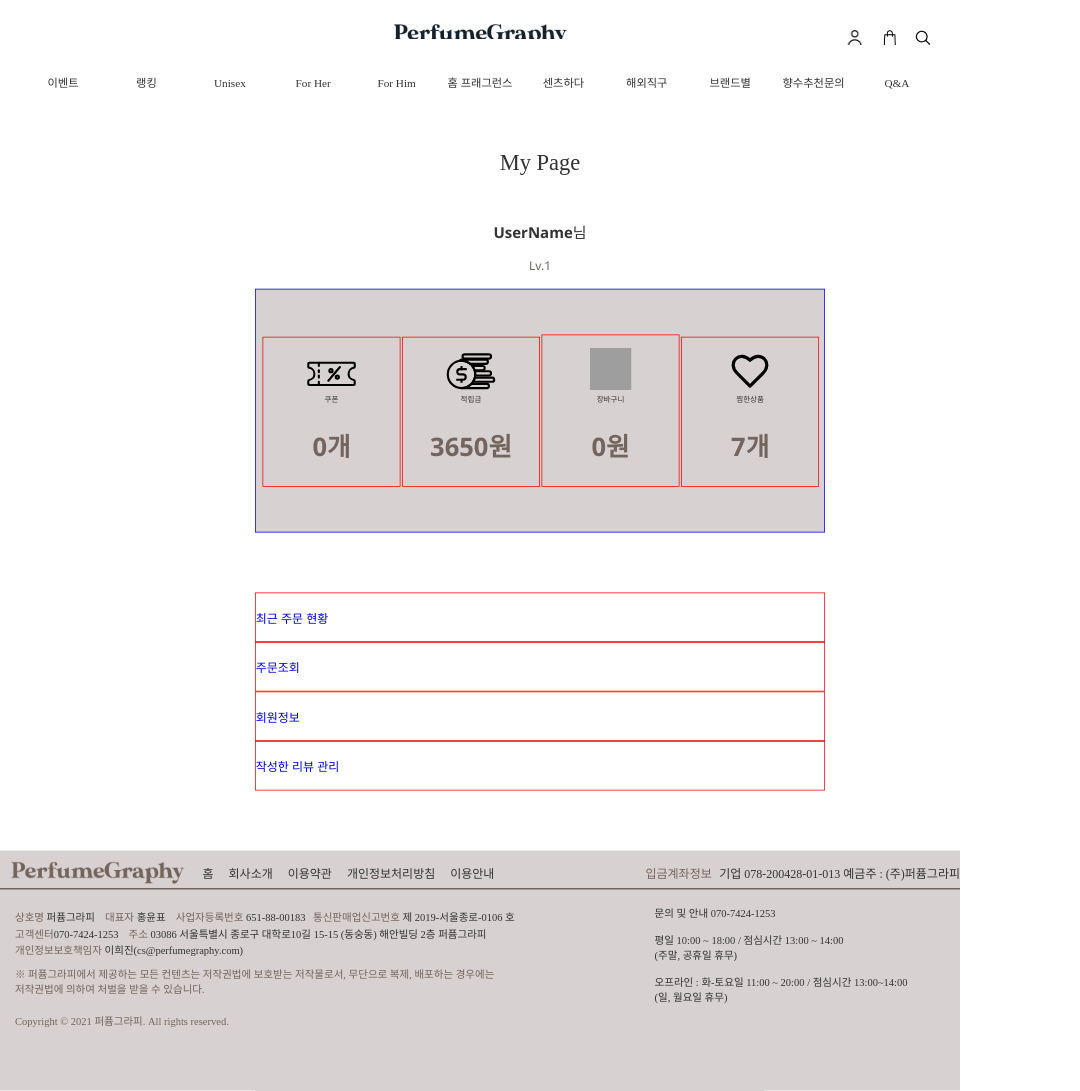
Repository: mingdue03/perfumegraphy
Page: myPage.html
The author's editor kept a copy of each file at every save. The page is drawn from the files as they stood at one save, then again after the next save.
The browser window is 1280 px wide. The page is 1440 px wide, so the pictures cover 1440 px, including what lies to the right of the window. The pictures show the whole page, at 75% of full size.
Pictures or frames that could not be fetched are drawn as grey boxes.

Above is the page before, as saved 2021-08-27 15:05:10.

### myPage.html
<!DOCTYPE html>
<html lang="ko">
<head>
    <meta charset="UTF-8">
    <meta http-equiv="X-UA-Compatible" content="IE=edge">
    <meta name="viewport" content="width=device-width, initial-scale=1.0">
    <title>PerfumeGraphy</title>
    <link rel="stylesheet" href="css/basic.css">
    <link rel="stylesheet" href="css/mypage.css">
    <link href="https://fonts.googleapis.com/css2?family=Noto+Serif+KR&display=swap" rel="stylesheet">
    <script src="js/jquery-1.12.4.min.js"></script>
    <script src="js/jquery.slides.min.js"></script>
    <script src="js/jquery.stellar.js"></script>
    <script src="js/main_1.js"></script>
</head>
<body>
<div id="body_wrap">
    <header>
    <div id="header_wrap">
        <div class="header_top">
            <div class="logo">
                <h1><a href="index.html">PerfumeGraphy</a></h1>
            </div>
            <ul class="top_menu">
                <li class="user"><a href="login.html">마이페이지</a></li>
                <li class="cart"><a href="mypage.html">장바구니</a></li>
                <li class="search"><a href="#">검색</a></li>
                <li class="ham_btn"><a href="#">button</a></li>
            </ul>
        </div>
        <div class="search_pop">
            <div class="search_bg">
                <span></span>
                <ul>
                    <li><a href="#">#금주의 향수</a></li>
                    <li><a href="#">#럭셔리집들이선물</a></li>
                    <li><a href="#">#비누향수</a></li>
                </ul>
            </div>
        </div>
        <div class="header_b" >
            <ul class="gnb">
                <li>
                    <a href="#">이벤트</a>
                </li>
                <li class="hasSub">
                    <a href="lank.html">랭킹</a>
                    <ul class="sub_menu">
                        <li><a href="lank.html">전체 랭킹 </a></li>
                        <li><a href="lank.html">Unisex 랭킹</a></li>
                        <li><a href="lank.html">For her 랭킹</a></li>
                        <li><a href="lank.html">For him 랭킹</a></li>
                    </ul>
                </li>
                <li class="hasSub">
                    <a href="#">Unisex</a>
                    <ul class="sub_menu">
                        <li><a href="#">ALL</a></li>
                        <li><a href="#"> 시트러스 | 그린</a></li>
                        <li><a href="#">우디 | 베티버</a></li>
                        <li><a href="#">샌달우드 | 머스크</a></li>
                        <li><a href="#">스파이시 | 통카빈</a></li>
                    </ul>
                </li>
                <li class="hasSub">
                    <a href="#">For Her</a>
                    <ul class="sub_menu">
                        <li><a href="#">ALL</a></li>
                        <li><a href="#">시트러스 | 그린</a></li>
                        <li><a href="#">플로럴 | 화이트플로럴</a></li>
                        <li><a href="#">머스크 | 앰버</a></li>
                        <li><a href="#">스위트 | 바닐라</a></li>
                    </ul>
                </li>
                <li class="hasSub">
                    <a href="#">For Him</a>
                    <ul class="sub_menu">
                        <li><a href="#">ALL</a></li>
                        <li><a href="#">시트러스 | 그린</a></li>
                        <li><a href="#">우디 | 베티버</a></li>
                        <li><a href="#">웜스파이시 | 통카빈</a></li>
                        <li><a href="#">머스크 | 앰버</a></li>
                        <li><a href="#">라벤더 | 워터리</a></li>
                    </ul>
                </li>
                <li class="hasSub">
                    <a href="#">홈 프래그런스</a>
                    <ul class="sub_menu">
                        <li><a href="#">디퓨저 & 캔들</a></li>
                        <li><a href="#">바디 & 솝</a></li>
                    </ul>
                </li>
                <li><a href="#">센츠하다</a></li>
                <li>
                    <a href="#">해외직구</a>
                </li>
                <li><a href="#">브랜드별</a></li>
                <li><a href="#">향수추천문의</a></li>
                <li><a href="#">Q&A</a></li>
            </ul>
        </div>
        <div class="gnb_dim"></div>
    </div>
    </header>
    <!------------------------login-------------------------------->
    <main id="mypage">
        <div class="mypage_wrap">
            <h2>My Page</h2>
            <section class="name">
                <div>
                    <p><span>UserName</span>님</p>
                    <p class="level">Lv.1</p>
                </div>
            </section>
            <section class="coupon">
                <div class="coupon_wrap">
                    <ul>
                        <li><a href="#" class="coupon">쿠폰 <span>0개</span></a></li>
                        <li><a href="#" class="coin">적립금 <span>3650원</span></a></li>
                        <li><a href="#" class="cart">장바구니<span>0원</span></a></li>
                        <li><a href="#" class="heart">찜한상품<span>7개</span></a></li>
                    </ul>
                </div>
            </section>
            <section class="order">
                <div class="oder_wrap">
                    <ul>
                        <li class="recent"><a href="#">최근 주문 현황</a></li>
                        <li><a href="#">주문조회</a></li>
                        <li><a href="#">회원정보</a></li>
                        <li><a href="#">작성한 리뷰 관리</a></li>
                    </ul>

                </div>
            </section>

        </div>
    </main>
    <footer>
        <div id="footer_in">
            <div class="footer_top">
                <h2>PerfumeGraphy</h2>
                <ul class="m_hidden">
                    <li><a href="javasctipt:;">홈</a></li>
                    <li><a href="javasctipt">회사소개</a></li>
                    <li><a href="javasctipt">이용약관</a></li>
                    <li><a href="javasctipt">개인정보처리방침</a></li>
                    <li><a href="javasctipt">이용안내</a></li>
                </ul>
                <p><span>입금계좌정보</span> 기업 078-200428-01-013 예금주 : (주)퍼퓸그라피</p>
            </div>
        </div>
        <div class="footer_bottom">
            <section class="left">
                <ul class="pc_hidden">
                    <li><a href="javasctipt:;">홈</a></li>
                    <li><a href="javasctipt">회사소개</a></li>
                    <li><a href="javasctipt">이용약관</a></li>
                    <li><a href="javasctipt">개인정보처리방침</a></li>
                    <li><a href="javasctipt">이용안내</a></li>
                </ul>
                <p class="margin">
                    <p><span>상호명</span>  퍼퓸그라피</p> <p><span>대표자</span> 홍윤표</p>	 <p><span>사업자등록번호</span> 651-88-00183</p><p> <span >통신판매업신고번호</span>  제 2019-서울종로-0106 호<br></p>
                </p>
                <p class="pc_hidden">
                    <span>고객센터</span>070-7424-1253
                </p>
                <p>
                    <span> 주소</span> 03086 서울특별시 종로구 대학로10길 15-15 (동숭동) 해안빌딩 2층 퍼퓸그라피
                </p>
                <p ><span>개인정보보호책임자</span> 	 이희진(cs@perfumegraphy.com) </p>
                <p class="margin"><span class="m_hidden"> ※ 퍼퓸그라피에서 제공하는 모든 컨텐츠는 저작권법에 보호받는 저작물로서, 무단으로 복제, 배포하는 경우에는<br><span></span> 저작권법에 의하여
                처벌을 받을 수 있습니다.</span></p>
                <p class="margin"><span class="m_hidden"> Copyright © 2021 퍼퓸그라피. All rights reserved.</span></p>
            </section>
            <section class="right m_hidden">
                <p>문의 및 안내   070-7424-1253<br>
                    <br>
                    평일 10:00 ~ 18:00 / 점심시간 13:00 ~ 14:00<br>
                    (주말, 공휴일 휴무)<br>
                    <br>
                    오프라인 : 화-토요일 11:00 ~ 20:00 / 점심시간 13:00~14:00<br>
                     (일, 월요일 휴무)</p>
            </section>
        </div>
    </footer>
</div>
</body>
</html>

### css/mypage.css
@charset "UTF-8";

main#mypage{font-family:'NanumGothic','Segoe UI', Roboto, Oxygen, sans-serif ;background: #fff; color:#333; font-size:16px; }

#mypage{}
.mypage_wrap{
  width:1440px;
  margin:60px auto;
  text-align:center;
}
.mypage_wrap h2{
  font-size:30px;
  margin:60px 0;
  font-weight: normal;
  font-family: 'Noto Serif KR', serif;
}
.name {
  margin:20px 0;
}
.name p{
  font-size: 20px;
  margin:20px 0;
}
.name p span{
  font-weight: bold;
}
.name p.level{
  font-size:16px;
  color:#73645D;
}

.coupon{
  width:760px;
  margin:auto;
}
.coupon_wrap{
  width:100%;
  height:auto;
  background:#D7D1D1;
}
.coupon_wrap ul{
  border:1px solid blue;
  padding:60px 0;
}
.coupon_wrap li{
  display: inline-block;
  width:24%;
}
.coupon_wrap a{
  display: block;
  width:100%;
  height:auto;
  border:1px solid red;
  font-size:10px;
  color:#333;
}
.coupon_wrap a.coupon:before{
  display:block;
  content:'';
  margin:0 auto -16px;
  width:90px; height:90px;
  background:url('../img/icon/coupon_icon.svg') no-repeat 100% 100%;
}
.coupon_wrap a.coin:before{
  display:block;
  content:'';
  margin:0 auto -16px;
  width:90px; height:90px;
  background:url('../img/icon/coins_icon.svg') no-repeat 100% 100%;}
.coupon_wrap a.cart:before{
  display:block;
  content:'';
  margin:17px auto 4px;
  width:56px; height:56px;
  background:url('../img/icon/bag_icon.svg') no-repeat 100% 100%;
}
.coupon_wrap a.heart:before{
  display:block;
  content:'';
  margin:0 auto -16px;
  width:90px; height:90px;
  background:url('../img/icon/basic_heart_icon.svg') no-repeat 100% 100%;
}
.coupon_wrap a span{
  display: block;
  font-size:34px;
  font-weight:bold;
  margin: 30px auto;
  color:#73645D;
}


.order{}
.oder_wrap{
  width:760px;
  margin:80px auto;

}

.oder_wrap ul{}
.oder_wrap li{
  display:block;
  border-bottom:1px solid #999;
  text-align: left;
  border:1px solid red;
  padding: 20px 0;
}
.recent{

}
.oder_wrap a{}














@media (max-width:1440px){
  .login_wrap{
    width:100%;
  }
}

@media (max-width:450px){
  .login_wrap{
    max-width:450px;
  }
}

Loaded but not shown: js/jquery-1.12.4.min.js (library); js/jquery.slides.min.js (library); js/jquery.stellar.js (library); js/main_1.js (215 lines, source omitted); css/basic.css (877 lines, source omitted)

After the next save:
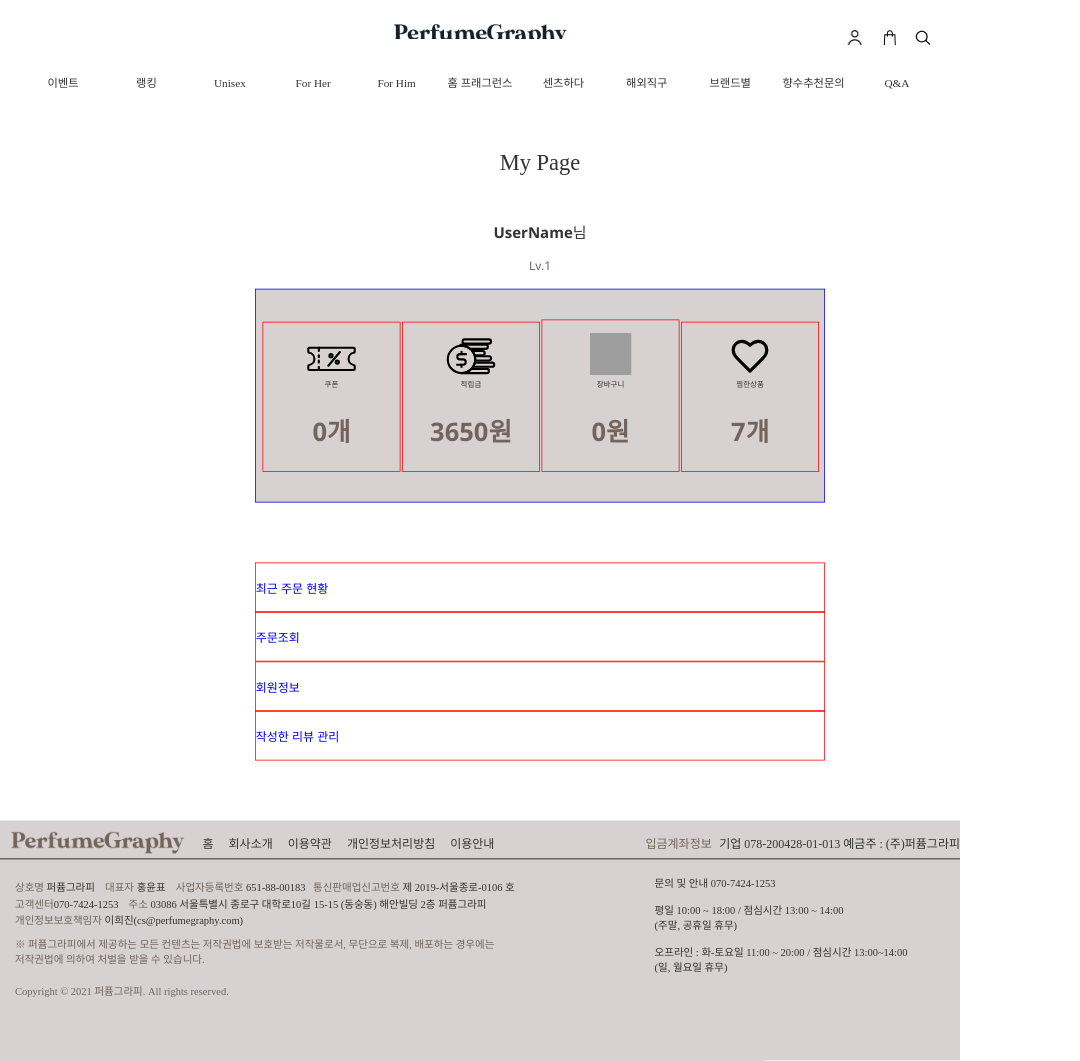
Saved 32 s later.
--- a/css/mypage.css
+++ b/css/mypage.css
@@ -40,7 +40,7 @@
 }
 .coupon_wrap ul{
   border:1px solid blue;
-  padding:60px 0;
+  padding:40px 0;
 }
 .coupon_wrap li{
   display: inline-block;
